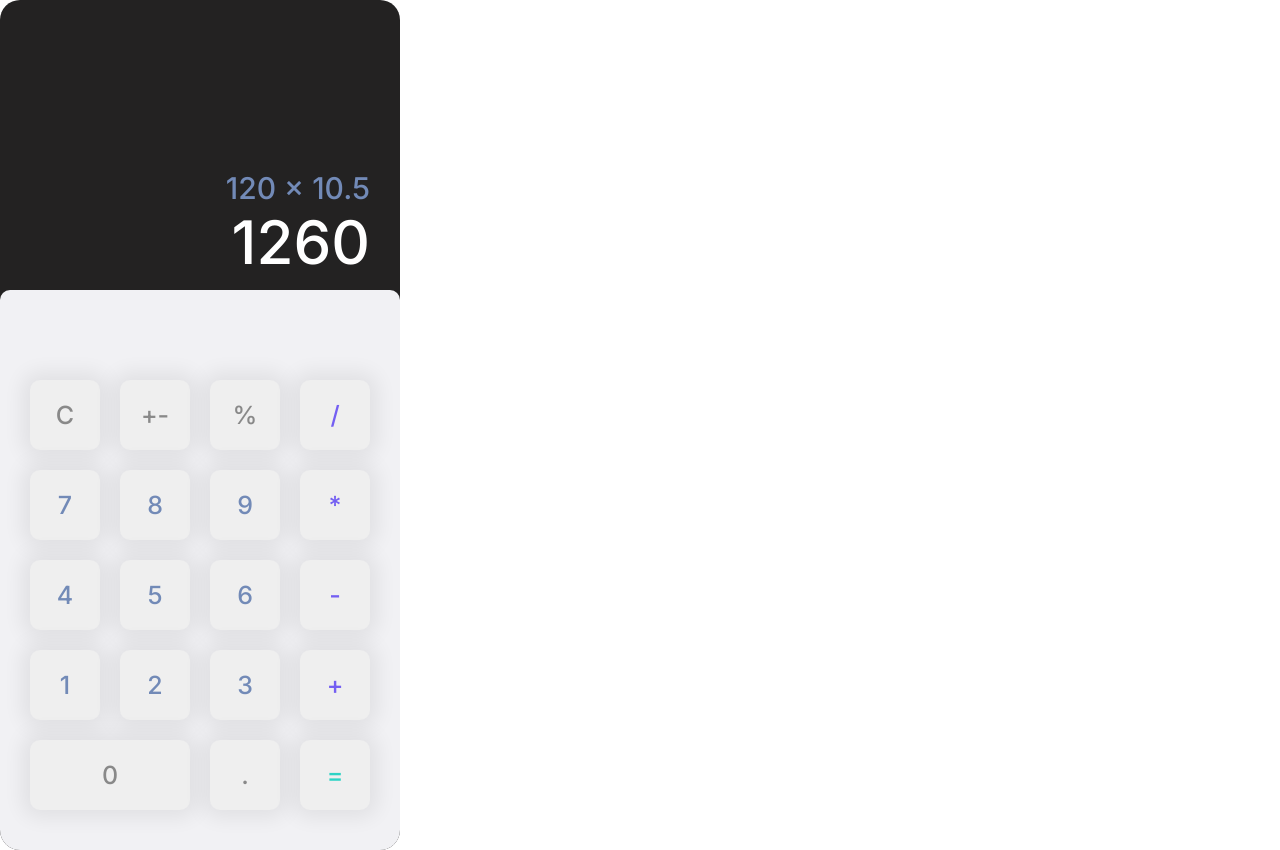
Repository: BrunoBross/calculator
Page: index.html
These files come from the project's save history. The page is drawn as it stood at one moment and after the next save; the edit follows.
The browser window is 1280 px wide. The pictures show the whole page.

Above is the page before, as saved 2021-11-30 23:23:27.

After the next save:
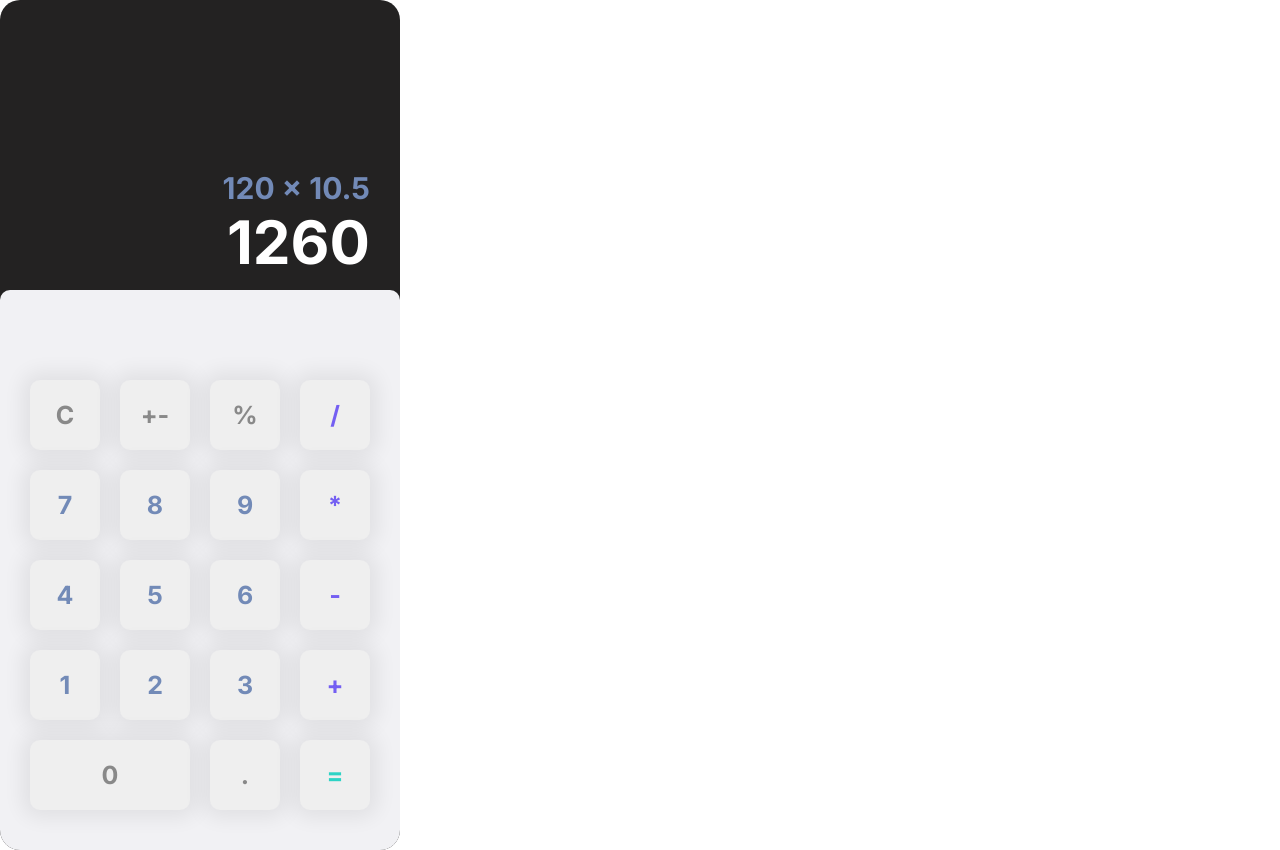
Saved 6 s later.
--- a/style.css
+++ b/style.css
@@ -2,7 +2,7 @@
   padding: 0;
   margin: 0;
   font-family: 'Inter', sans-serif;
-  font-weight: 500;
+  font-weight: 700;
 }
 
 .calculator{
